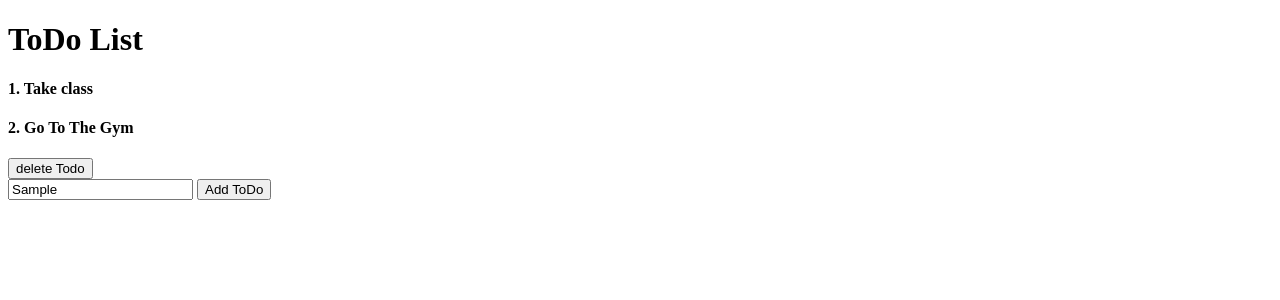
Repository: tanayburbure/Todo-application
Page: index.html
These files come from the project's save history. The page is drawn as it stood at one moment and after the next save; the edit follows.
The browser window is 1280 px wide. The pictures show the whole page.
Empty fields were first filled with sample values (such as "Sample", 5 or name@example.com).
After loading, the first visible `button[onclick="addTodo()"]` was clicked once.

Above is the page before, as saved 2025-10-21 16:12:02.
Console error: TypeError: Failed to execute 'appendChild' on 'Node': parameter 1 is not of type 'Node'.

After the next save:
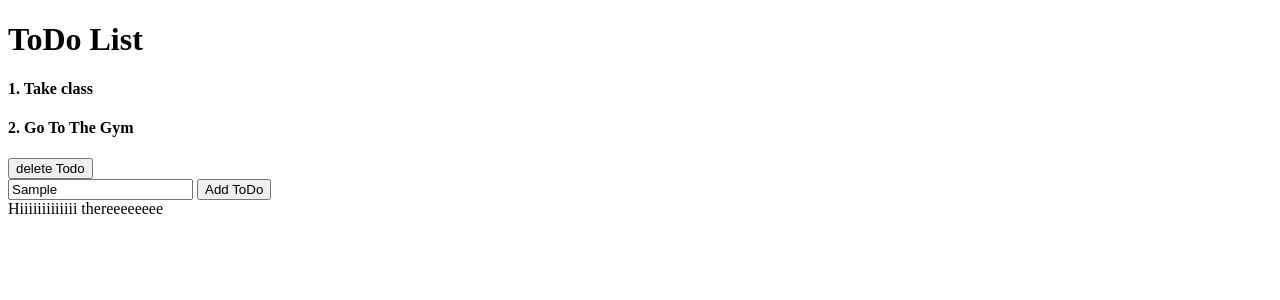
The error is gone.
Saved 18 s later.
--- a/script.js
+++ b/script.js
@@ -17,5 +17,5 @@ function addTodo(){
     const divEL = document.createElement("div");
     divEL.innerHTML = "Hiiiiiiiiiiiii thereeeeeeee";
     const parentEL = document.querySelector("body");
-    parentEL.appendChild("")
+    parentEL.appendChild(divEL);
 }
